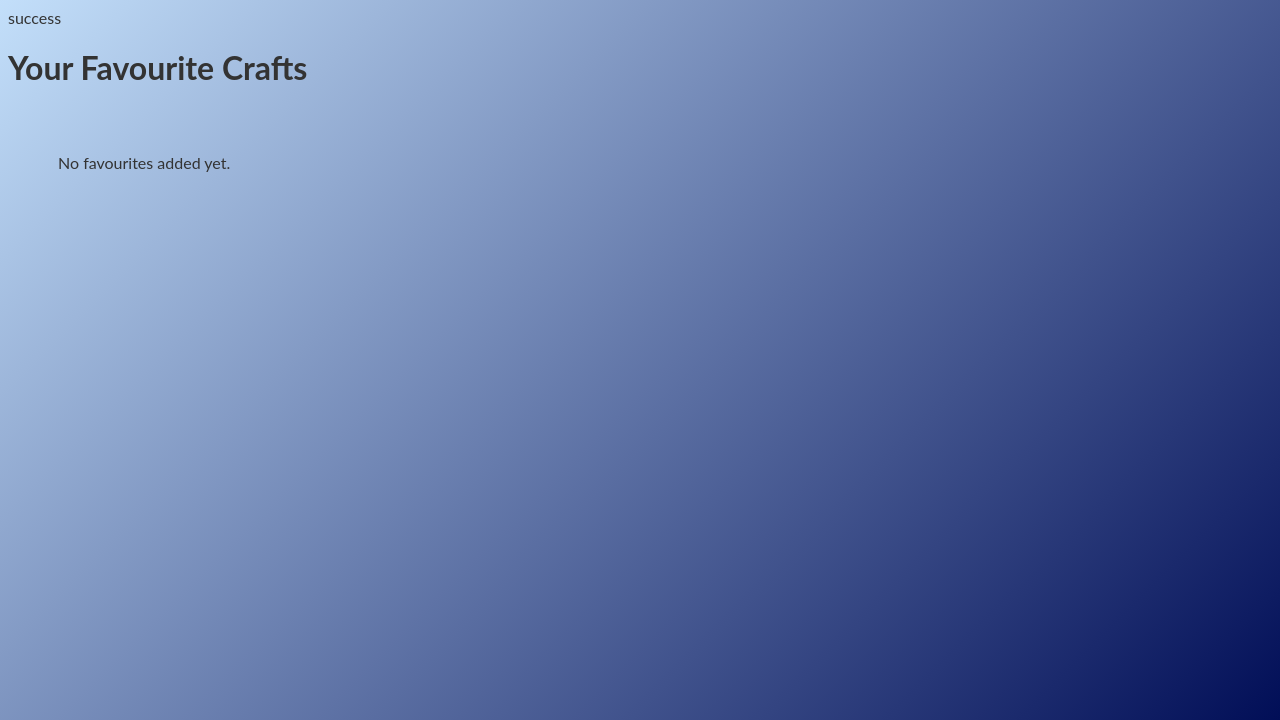
Repository: Muskan-Varma/InnoHeart
Page: http://localhost/pages/favourites.php
An editor plug-in stored every save of this project. The page is shown before and after the next save, followed by the edit.
The browser window is 1280 px wide. The pictures show the whole page.
The page is run by PHP 8.4 with error messages shown; the project is at /var/www/html/. The session is filled in as if someone had signed in: {"username": "testuser", "firstName": "Test User", "lastName": "Test User"}. Other server files are loaded and not shown. Queries for data that is not in the repository find no rows.

Above is the page before, as saved 2024-09-13 14:30:25.

### pages/favourites.php
<?php
session_start();
if (isset($_SESSION['username'])) {
    include 'dbConnect.php';

    // Fetch the user's favourites crafts from the favourites table
    $sql = "
        SELECT c.*, i.image_description
        FROM favourites f
        JOIN craft c ON f.cid = c.cid
        LEFT JOIN images i ON c.cid = i.cid
        WHERE f.username = ?
    ";
    $stmt = $conn->prepare($sql);
    $stmt->bind_param('s', $_SESSION['username']);
    $stmt->execute();
    $result = $stmt->get_result();

    $favourites = [];
    while ($row = $result->fetch_assoc()) {
        $cid = $row['cid'];

        // Check if the craft already exists in the array
        if (!isset($favourites[$cid])) {
            $favourites[$cid] = $row;
            $favourites[$cid]['images'] = [];
        }

        // Add image to the craft if available
        if ($row['image_description']) {
            $favourites[$cid]['images'][] = $row['image_description'];
        }
    }

    $stmt->close();
    $conn->close();
?>
<!DOCTYPE html>
<html lang="en">
<head>
    <title>Favourites</title>
    <meta charset="UTF-8">
    <meta name="viewport" content="width=device-width, initial-scale=1.0">
    <link href="../css/main.css" rel="stylesheet">
    <link rel="stylesheet" href="https://cdnjs.cloudflare.com/ajax/libs/font-awesome/6.0.0-beta3/css/all.min.css">
</head>
<body>
    <div class="container">
        <h1>Your Favourite Crafts</h1>
        <section id="content-section">
            <?php if (empty($favourites)): ?>
                <p>No favourites added yet.</p>
            <?php else: ?>
                <?php foreach ($favourites as $row): ?>
                    <div class="card" data-subcategory="<?php echo htmlspecialchars($row['subcategory']); ?>">
                        <div class="product-card">
                            <div class="badge"><?php echo htmlspecialchars($row['category']); ?></div>
                            <div class="product-tumb">
                                <?php if (!empty($row['images'])): ?>
                                <div class="image-slider" data-index="<?php echo $row['cid']; ?>">
                                    <?php foreach ($row['images'] as $index => $image): ?>
                                        <img src="uploads/<?php echo htmlspecialchars($image); ?>" alt="" style="display: <?php echo $index === 0 ? 'block' : 'none'; ?>;">
                                    <?php endforeach; ?>
                                    <?php if (count($row['images']) > 1): ?>
                                        <button class="prev" onclick="changeImage(this, -1)">&#10094;</button>
                                        <button class="next" onclick="changeImage(this, 1)">&#10095;</button>
                                    <?php endif; ?>
                                </div>
                                <?php endif; ?>
                            </div>
                            <div class="product-details">
                                <span class="product-category">Posted On: <?php echo htmlspecialchars($row['pdate']); ?></span>
                                <h4><a href="#"><?php echo htmlspecialchars($row['title']); ?></a></h4>
                                <p><?php echo htmlspecialchars($row['description']); ?></p>
                                <div class="product-bottom-details">
                                    <div class="product-price">
                                        <?php echo htmlspecialchars($row['price']); ?>
                                        <br>
                                        <small>In Stock: <?php echo htmlspecialchars($row['quantity']); ?></small>
                                    </div>
                                    <div class="product-links">
                                        <br>
                                        <a href="#" class="fa fa-heart heart-red"></a> <!-- Display heart as red to indicate it's in favourites -->
                                        <a href="#" onclick="share()"><i class="fas fa-share-nodes"></i></a>
                                    </div>
                                </div>
                            </div>
                        </div>
                    </div>
                <?php endforeach; ?>
            <?php endif; ?>
        </section>
    </div>
    <script>
        let currentImageIndices = {};

        function changeImage(button, direction) {
            const slider = button.closest('.image-slider');
            const images = slider.querySelectorAll('img');
            const sliderIndex = slider.dataset.index;

            if (!currentImageIndices[sliderIndex]) {
                currentImageIndices[sliderIndex] = 0;
            }

            currentImageIndices[sliderIndex] = (currentImageIndices[sliderIndex] + direction + images.length) % images.length;

            images.forEach((img, index) => {
                img.style.display = (index === currentImageIndices[sliderIndex]) ? 'block' : 'none';
            });
        }

        function share() {
            // Add sharing functionality
        }
    </script>
</body>
</html>
<?php
} else {
    header("Location: login.php");
    exit();
}
?>

### pages/dbConnect.php
<?php

    $servername = "localhost";
    $username = "root";
    $password = "";

    $database = "saras";

     // Create a connection
     $conn = mysqli_connect($servername,
         $username, $password, $database);

    if($conn) {
        echo "success";
    }
    else {
        die("Error". mysqli_connect_error());
    }
?>

### css/main.css

@import url('https://fonts.googleapis.com/css?family=Roboto:400,500,700');

body {
  background:linear-gradient(135deg, #c3dffa, #010e57);
  color: #333;
  font: 100% Lato, Arial, Sans Serif;
}
.animate-charcter
{
  background-image: linear-gradient(-225deg,#231557 0%,#44107a 29%,#ff1361 67%,#fff800 100%);
  background-size: 200% auto;
  color: #fff;
  -webkit-background-clip: text;
  -webkit-text-fill-color: transparent;
  animation: textclip 2s linear infinite;
  font-size: 100px;
  display:inline;
}
@keyframes textclip {
to {
  background-position: 200% center;
}
}

/*Bubbles */
#background-wrap {
  bottom: 0;
  left: 0;
  position: fixed;
  right: 0;
  top: 0;
  z-index: -1;
}
@-webkit-keyframes animateBubble {
  0% {
      margin-top: 1000px;
  }
  100% {
      margin-top: -100%;
  }
}
@-moz-keyframes animateBubble {
  0% {
      margin-top: 1000px;
  }
  100% {
      margin-top: -100%;
  }
}
@keyframes animateBubble {
  0% {
      margin-top: 1000px;
  }
  100% {
      margin-top: -100%;
  }
}
@-webkit-keyframes sideWays {
  0% {
      margin-left:0px;
  }
  100% {
      margin-left:50px;
  }
}
@-moz-keyframes sideWays {
  0% {
      margin-left:0px;
  }
  100% {
      margin-left:50px;
  }
}
@keyframes sideWays {
  0% {
      margin-left:0px;
  }
  100% {
      margin-left:50px;
  }
}

/* for Bubbles */
.x1 {
  -webkit-animation: animateBubble 25s linear infinite, sideWays 2s ease-in-out infinite alternate;
  -moz-animation: animateBubble 25s linear infinite, sideWays 2s ease-in-out infinite alternate;
  animation: animateBubble 25s linear infinite, sideWays 2s ease-in-out infinite alternate;

  left: -5%;
  top: 5%;

  -webkit-transform: scale(0.6);
  -moz-transform: scale(0.6);
  transform: scale(0.6);
}
.x2 {
  -webkit-animation: animateBubble 20s linear infinite, sideWays 4s ease-in-out infinite alternate;
  -moz-animation: animateBubble 20s linear infinite, sideWays 4s ease-in-out infinite alternate;
  animation: animateBubble 20s linear infinite, sideWays 4s ease-in-out infinite alternate;

  left: 5%;
  top: 80%;

  -webkit-transform: scale(0.4);
  -moz-transform: scale(0.4);
  transform: scale(0.4);
}
.x3 {
  -webkit-animation: animateBubble 28s linear infinite, sideWays 2s ease-in-out infinite alternate;
  -moz-animation: animateBubble 28s linear infinite, sideWays 2s ease-in-out infinite alternate;
  animation: animateBubble 28s linear infinite, sideWays 2s ease-in-out infinite alternate;

  left: 10%;
  top: 40%;

  -webkit-transform: scale(0.7);
  -moz-transform: scale(0.7);
  transform: scale(0.7);
}
.x4 {
  -webkit-animation: animateBubble 22s linear infinite, sideWays 3s ease-in-out infinite alternate;
  -moz-animation: animateBubble 22s linear infinite, sideWays 3s ease-in-out infinite alternate;
  animation: animateBubble 22s linear infinite, sideWays 3s ease-in-out infinite alternate;

  left: 20%;
  top: 0;

  -webkit-transform: scale(0.3);
  -moz-transform: scale(0.3);
  transform: scale(0.3);
}
.x5 {
  -webkit-animation: animateBubble 29s linear infinite, sideWays 4s ease-in-out infinite alternate;
  -moz-animation: animateBubble 29s linear infinite, sideWays 4s ease-in-out infinite alternate;
  animation: animateBubble 29s linear infinite, sideWays 4s ease-in-out infinite alternate;

  left: 30%;
  top: 50%;

  -webkit-transform: scale(0.5);
  -moz-transform: scale(0.5);
  transform: scale(0.5);
}
.x6 {
  -webkit-animation: animateBubble 21s linear infinite, sideWays 2s ease-in-out infinite alternate;
  -moz-animation: animateBubble 21s linear infinite, sideWays 2s ease-in-out infinite alternate;
  animation: animateBubble 21s linear infinite, sideWays 2s ease-in-out infinite alternate;

  left: 50%;
  top: 0;

  -webkit-transform: scale(0.8);
  -moz-transform: scale(0.8);
  transform: scale(0.8);
}
.x7 {
  -webkit-animation: animateBubble 20s linear infinite, sideWays 2s ease-in-out infinite alternate;
  -moz-animation: animateBubble 20s linear infinite, sideWays 2s ease-in-out infinite alternate;
  animation: animateBubble 20s linear infinite, sideWays 2s ease-in-out infinite alternate;

  left: 65%;
  top: 70%;

  -webkit-transform: scale(0.4);
  -moz-transform: scale(0.4);
  transform: scale(0.4);
}

.x8 {
  -webkit-animation: animateBubble 22s linear infinite, sideWays 3s ease-in-out infinite alternate;
  -moz-animation: animateBubble 22s linear infinite, sideWays 3s ease-in-out infinite alternate;
  animation: animateBubble 22s linear infinite, sideWays 3s ease-in-out infinite alternate;

  left: 80%;
  top: 10%;

  -webkit-transform: scale(0.3);
  -moz-transform: scale(0.3);
  transform: scale(0.3);
}

.x9 {
  -webkit-animation: animateBubble 29s linear infinite, sideWays 4s ease-in-out infinite alternate;
  -moz-animation: animateBubble 29s linear infinite, sideWays 4s ease-in-out infinite alternate;
  animation: animateBubble 29s linear infinite, sideWays 4s ease-in-out infinite alternate;

  left: 90%;
  top: 50%;

  -webkit-transform: scale(0.6);
  -moz-transform: scale(0.6);
  transform: scale(0.6);
}

.x10 {
  -webkit-animation: animateBubble 26s linear infinite, sideWays 2s ease-in-out infinite alternate;
  -moz-animation: animateBubble 26s linear infinite, sideWays 2s ease-in-out infinite alternate;
  animation: animateBubble 26s linear infinite, sideWays 2s ease-in-out infinite alternate;

  left: 80%;
  top: 80%;

  -webkit-transform: scale(0.3);
  -moz-transform: scale(0.3);
  transform: scale(0.3);
}
.bubble {
  -webkit-border-radius: 50%;
  -moz-border-radius: 50%;
  border-radius: 50%;

  -webkit-box-shadow: 0 20px 30px rgba(0, 0, 0, 0.2), inset 0px 10px 30px 5px rgba(255, 255, 255, 1);
  -moz-box-shadow: 0 20px 30px rgba(0, 0, 0, 0.2), inset 0px 10px 30px 5px rgba(255, 255, 255, 1);
  box-shadow: 0 20px 30px rgba(0, 0, 0, 0.2), inset 0px 10px 30px 5px rgba(255, 255, 255, 1);

  height: 200px;
  position: absolute;
  width: 200px;
}

.bubble:after {
  background: -moz-radial-gradient(center, ellipse cover,  rgba(255,255,255,0.5) 0%, rgba(255,255,255,0) 70%); /* FF3.6+ */
  background: -webkit-gradient(radial, center center, 0px, center center, 100%, color-stop(0%,rgba(255,255,255,0.5)), color-stop(70%,rgba(255,255,255,0))); /* Chrome,Safari4+ */
  background: -webkit-radial-gradient(center, ellipse cover,  rgba(255,255,255,0.5) 0%,rgba(255,255,255,0) 70%); /* Chrome10+,Safari5.1+ */
  background: -o-radial-gradient(center, ellipse cover,  rgba(255,255,255,0.5) 0%,rgba(255,255,255,0) 70%); /* Opera 12+ */
  background: -ms-radial-gradient(center, ellipse cover,  rgba(255,255,255,0.5) 0%,rgba(255,255,255,0) 70%); /* IE10+ */
  background: radial-gradient(ellipse at center,  rgba(255,255,255,0.5) 0%,rgba(255,255,255,0) 70%); /* W3C */
  filter: progid:DXImageTransform.Microsoft.gradient( startColorstr='#80ffffff', endColorstr='#00ffffff',GradientType=1 ); /* IE6-9 fallback on horizontal gradient */

  -webkit-border-radius: 50%;
  -moz-border-radius: 50%;
  border-radius: 50%;

  -webkit-box-shadow: inset 0 20px 30px rgba(255, 255, 255, 0.3);
  -moz-box-shadow: inset 0 20px 30px rgba(255, 255, 255, 0.3);
  box-shadow: inset 0 20px 30px rgba(255, 255, 255, 0.3);

  content: "";
  height: 180px;
  left: 10px;
  position: absolute;
  width: 180px;
}

/* Navbar */

#navbar{
  float: left;
  color: black;
}

.sidenav {
height: 100%;
width: 0;
position: fixed;
z-index: 1;
top: 0;
left: 0;
background: linear-gradient(135deg, #180dea, #f2f4cf);
overflow-x: hidden;
transition: 0.5s;
padding-top: 60px;
}

.sidenav a {
padding: 8px 8px 8px 32px;
text-decoration: none;
font-size: 25px;
color: white;
display: block;
transition: 0.3s;
}

.sidenav a:hover {
color:aqua;
}

.sidenav .closebtn {
position: absolute;
top: 0;
right: 25px;
font-size: 36px;
margin-left: 50px;
}

#main {
transition: margin-left .5s;
padding: 16px;
}

@media screen and (max-height: 450px) {
.sidenav {padding-top: 15px;}
.sidenav a {font-size: 18px;}
}

/* Header */
.navbar1 {
  margin-top: 20px;
  width:fit-content;
  margin-left: 50px;
  background: linear-gradient(135deg, #62f1f1, #f2f4cf);
}

.navbar1 a {
  float: left;
  font-size: 16px;
  color: black;
  text-align: center;
  padding: 14px 16px;
  text-decoration: none;
}

.dropdown {
  float: left;
  overflow: hidden;
}

.dropdown .dropbtn {
  font-size: 16px;
  border: none;
  outline: none;
  color: black;
  font-weight: bold;
  padding: 14px 16px;
  background-color: inherit;
  font-family: inherit;
  margin-right: 20px;
}

.navbar1 a:hover, .dropdown:hover .dropbtn {
  background-color: rgb(235, 249, 46);
}

.dropdown-content {
  display: none;
  position: absolute;
  background-color: #bef3fe;
  min-width: 160px;
  box-shadow: 0px 8px 16px 0px rgba(0,0,0,0.2);
  z-index: 1;
}

.dropdown-content a {
  float: none;
  color: black;
  padding: 12px 16px;
  text-decoration: none;
  display: block;
  text-align: left;
}

.dropdown-content a:hover {
  background-color: rgb(3, 3, 180);
  color: white;
}

.dropdown:hover .dropdown-content {
  display: block;
}

/* Card */

.product-card {
    width: 360px;
    position: relative;
    box-shadow: 0 2px 7px #dfdfdf;
    margin: 50px auto;
    background: #fafafa;
}

.badge {
    position: absolute;
    left: 0;
    font-size: 16px;
    font-weight: 700;
    background: rgb(82, 1, 143);
    color: #fff;
    padding: 3px 10px;
}

.product-tumb {
    align-items: center;
    justify-content: center;
    padding: 30px;
    padding-top: 40px;
    background: #f0f5d7;
}

.product-tumb img {
  height: 300px;
  width: 300px;
    max-width: 100%;
    max-height: 100%;
}

.product-details {
    padding: 30px;
}

.product-category {
    display: block;
    font-size: 12px;
    font-weight: 700;
    text-transform: uppercase;
    color: #f6a903;
    margin-bottom: 18px;
}

.product-details h4 a {
    font-weight: 500;
    display: block;
    margin-bottom: 18px;
    text-transform: uppercase;
    color: #363636;
    text-decoration: none;
    transition: 0.3s;
}

.product-details h4 a:hover {
    color: #3557f1;
}

.product-details p {
    font-size: 15px;
    line-height: 22px;
    margin-bottom: 18px;
    color: #999;
}

.product-bottom-details {
    overflow: hidden;
    border-top: 1px solid #eee;
    padding-top: 20px;
}

.product-bottom-details div {
    float: left;
    width: 50%;
}

.product-price {
    font-size: 18px;
    color: #6007fb;
    font-weight: 600;
}

.product-price small {
    font-size: 80%;
    font-weight: 400;
    color: red;
    text-decoration:none;
    display: inline-block;
    margin-right: 5px;
}

.product-links {
    text-align: right;
}

.product-links a {
    display: inline-block;
    margin-left: 5px;
    color: #acaaaa;
    transition: 0.3s;
    font-size: 17px;
}

.product-links a:hover {
    color: red;
}

/* content section */

#content-section {
  display: flex;
  flex-wrap: wrap;
  gap: 20px; /* Adds space between the cards */
  margin: 50px;
}

.card {
  flex: 1 1 calc(25% - 20px);
  margin: 10px;
  transition: 0.3s;
  border-radius: 5px; /* Rounded corners */
}

.card:hover {
  box-shadow: 0 8px 16px rgba(0, 0, 0, 0.2);
}

/*slider */

.image-slider {
  position: relative;
  width: 100%;
  height: 200px;
  overflow: hidden;
}

.image-slider img {
  width: 100%;
  height: auto;
  display: none;
}

.image-slider img.active {
  display: block;
}

.image-slider .prev, .image-slider .next {
  position: absolute;
  top: 50%;
  transform: translateY(-50%);
  background-color: rgba(0,0,0,0.5);
  color: white;
  border: none;
  padding: 10px;
  cursor: pointer;
}

.image-slider .prev {
  left: 10px;
}

.image-slider .next {
  right: 10px;
}

/*playarea*/
#playarea{
  display: grid;
}

.heart-red {
  color: red;
}

After the next save:
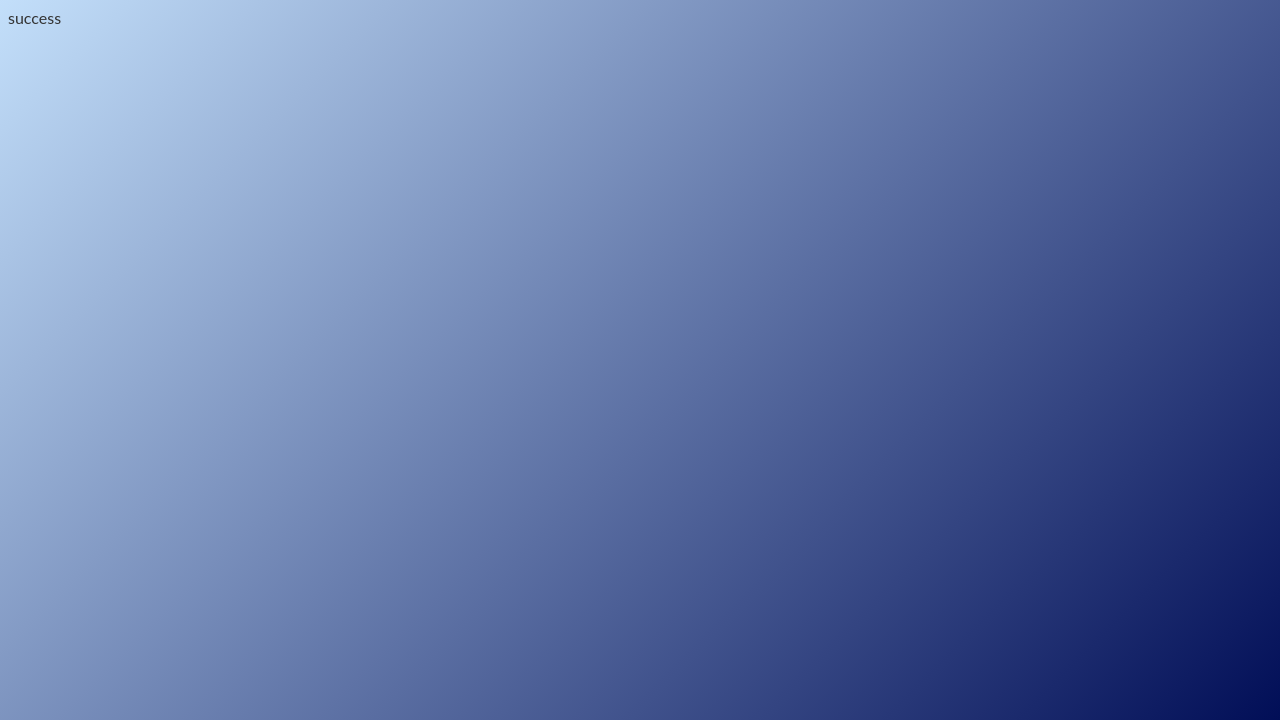
Saved 13 min 8 s later.
--- a/pages/favourites.php
+++ b/pages/favourites.php
@@ -3,38 +3,26 @@ session_start();
 if (isset($_SESSION['username'])) {
     include 'dbConnect.php';
 
-    // Fetch the user's favourites crafts from the favourites table
+    // Fetch all favourite crafts and uploader details
     $sql = "
-        SELECT c.*, i.image_description
-        FROM favourites f
-        JOIN craft c ON f.cid = c.cid
-        LEFT JOIN images i ON c.cid = i.cid
-        WHERE f.username = ?
-    ";
+    SELECT f.craft_id, c.*, u.firstName, u.email, u.phone
+    FROM favourites f
+    JOIN craft c ON f.craft_id = c.cid
+    JOIN users u ON c.uploader_id = u.uid
+    WHERE f.user_id = ?";
+
     $stmt = $conn->prepare($sql);
-    $stmt->bind_param('s', $_SESSION['username']);
+    $stmt->bind_param("i", $_SESSION['uid']);
     $stmt->execute();
     $result = $stmt->get_result();
-
-    $favourites = [];
+    $crafts = [];
     while ($row = $result->fetch_assoc()) {
-        $cid = $row['cid'];
-
-        // Check if the craft already exists in the array
-        if (!isset($favourites[$cid])) {
-            $favourites[$cid] = $row;
-            $favourites[$cid]['images'] = [];
-        }
-
-        // Add image to the craft if available
-        if ($row['image_description']) {
-            $favourites[$cid]['images'][] = $row['image_description'];
-        }
+        $crafts[] = $row;
     }
-
     $stmt->close();
     $conn->close();
 ?>
+
 <!DOCTYPE html>
 <html lang="en">
 <head>
@@ -42,80 +30,53 @@ if (isset($_SESSION['username'])) {
     <meta charset="UTF-8">
     <meta name="viewport" content="width=device-width, initial-scale=1.0">
     <link href="../css/main.css" rel="stylesheet">
-    <link rel="stylesheet" href="https://cdnjs.cloudflare.com/ajax/libs/font-awesome/6.0.0-beta3/css/all.min.css">
+    <script src="https://code.jquery.com/jquery-3.6.0.min.js"></script>
 </head>
 <body>
-    <div class="container">
-        <h1>Your Favourite Crafts</h1>
-        <section id="content-section">
-            <?php if (empty($favourites)): ?>
-                <p>No favourites added yet.</p>
-            <?php else: ?>
-                <?php foreach ($favourites as $row): ?>
-                    <div class="card" data-subcategory="<?php echo htmlspecialchars($row['subcategory']); ?>">
-                        <div class="product-card">
-                            <div class="badge"><?php echo htmlspecialchars($row['category']); ?></div>
-                            <div class="product-tumb">
-                                <?php if (!empty($row['images'])): ?>
-                                <div class="image-slider" data-index="<?php echo $row['cid']; ?>">
-                                    <?php foreach ($row['images'] as $index => $image): ?>
-                                        <img src="uploads/<?php echo htmlspecialchars($image); ?>" alt="" style="display: <?php echo $index === 0 ? 'block' : 'none'; ?>;">
-                                    <?php endforeach; ?>
-                                    <?php if (count($row['images']) > 1): ?>
-                                        <button class="prev" onclick="changeImage(this, -1)">&#10094;</button>
-                                        <button class="next" onclick="changeImage(this, 1)">&#10095;</button>
-                                    <?php endif; ?>
-                                </div>
-                                <?php endif; ?>
-                            </div>
-                            <div class="product-details">
-                                <span class="product-category">Posted On: <?php echo htmlspecialchars($row['pdate']); ?></span>
-                                <h4><a href="#"><?php echo htmlspecialchars($row['title']); ?></a></h4>
-                                <p><?php echo htmlspecialchars($row['description']); ?></p>
-                                <div class="product-bottom-details">
-                                    <div class="product-price">
-                                        <?php echo htmlspecialchars($row['price']); ?>
-                                        <br>
-                                        <small>In Stock: <?php echo htmlspecialchars($row['quantity']); ?></small>
-                                    </div>
-                                    <div class="product-links">
-                                        <br>
-                                        <a href="#" class="fa fa-heart heart-red"></a> <!-- Display heart as red to indicate it's in favourites -->
-                                        <a href="#" onclick="share()"><i class="fas fa-share-nodes"></i></a>
-                                    </div>
-                                </div>
-                            </div>
+    <section id="content-section">
+        <?php foreach ($crafts as $row): ?>
+        <div class="card">
+            <div class="product-card">
+                <div class="badge"><?php echo htmlspecialchars($row['category']); ?></div>
+                <div class="product-tumb">
+                    <img src="uploads/<?php echo htmlspecialchars($row['image']); ?>" alt="">
+                </div>
+                <div class="product-details">
+                    <span class="product-category">Posted On: <?php echo htmlspecialchars($row['pdate']); ?></span>
+                    <h4><?php echo htmlspecialchars($row['title']); ?></h4>
+                    <p><?php echo htmlspecialchars($row['description']); ?></p>
+                    <div class="product-bottom-details">
+                        <div class="product-price">
+                            Price: <?php echo htmlspecialchars($row['price']); ?>
+                            <br>
+                            <small>In Stock: <?php echo htmlspecialchars($row['quantity']); ?></small>
+                        </div>
+                        <div class="product-links">
+                            <!-- Buy button -->
+                            <button class="buy-btn" onclick="showSellerDetails(<?php echo $row['cid']; ?>)">Buy</button>
                         </div>
                     </div>
-                <?php endforeach; ?>
-            <?php endif; ?>
-        </section>
-    </div>
-    <script>
-        let currentImageIndices = {};
+                    <div class="seller-details" id="seller-<?php echo $row['cid']; ?>" style="display: none;">
+                        <strong>Seller Details:</strong>
+                        <p>Name: <?php echo htmlspecialchars($row['firstName']); ?></p>
+                        <p>Email: <?php echo htmlspecialchars($row['email']); ?></p>
+                        <p>Contact: <?php echo htmlspecialchars($row['phone']); ?></p>
+                    </div>
+                </div>
+            </div>
+        </div>
+        <?php endforeach; ?>
+    </section>
 
-        function changeImage(button, direction) {
-            const slider = button.closest('.image-slider');
-            const images = slider.querySelectorAll('img');
-            const sliderIndex = slider.dataset.index;
-
-            if (!currentImageIndices[sliderIndex]) {
-                currentImageIndices[sliderIndex] = 0;
-            }
-
-            currentImageIndices[sliderIndex] = (currentImageIndices[sliderIndex] + direction + images.length) % images.length;
-
-            images.forEach((img, index) => {
-                img.style.display = (index === currentImageIndices[sliderIndex]) ? 'block' : 'none';
-            });
-        }
-
-        function share() {
-            // Add sharing functionality
+    <script type="text/javascript">
+        function showSellerDetails(cid) {
+            const sellerDetails = document.getElementById('seller-' + cid);
+            sellerDetails.style.display = 'block';
         }
     </script>
 </body>
 </html>
+
 <?php
 } else {
     header("Location: login.php");
